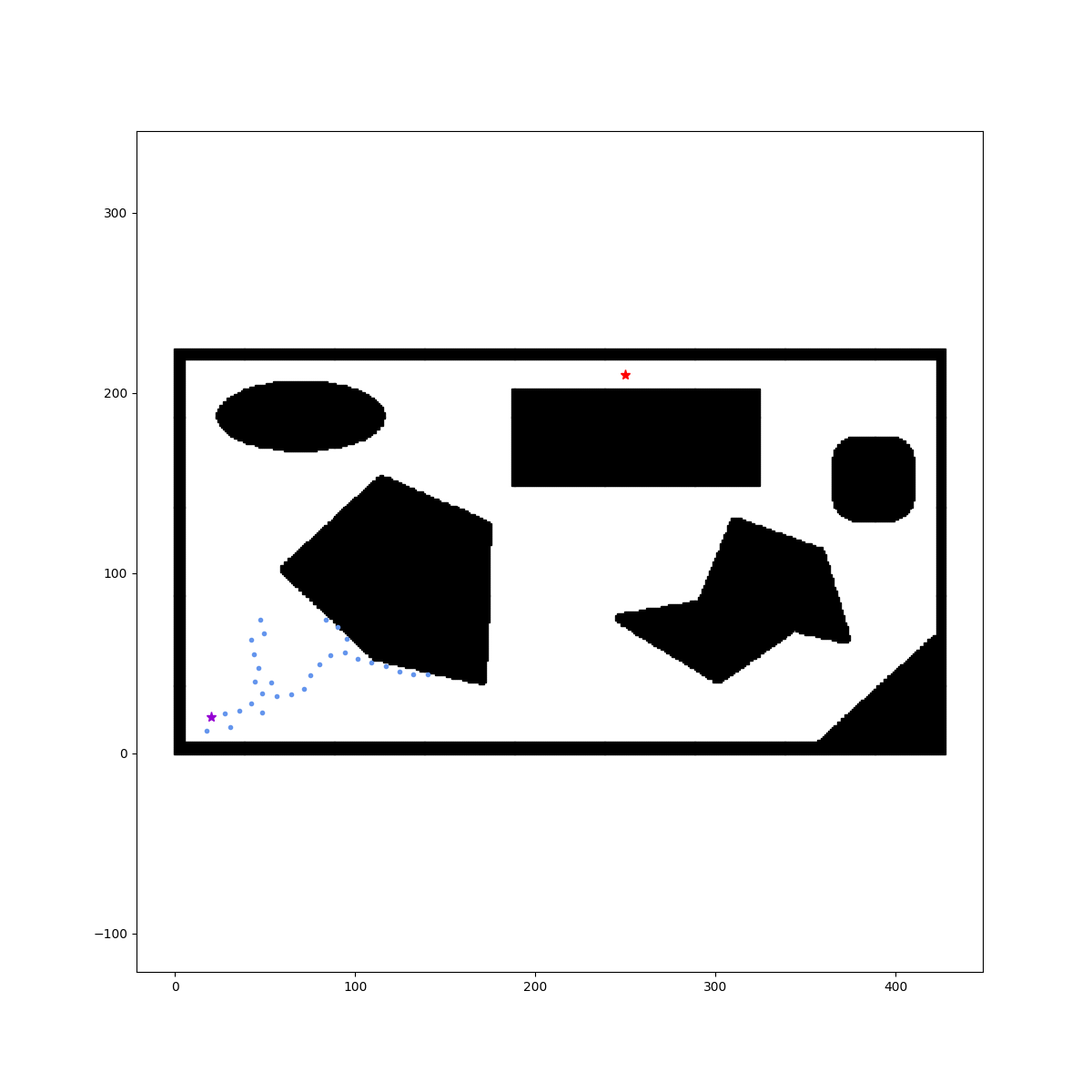
Repository: BaoL067/Pnc-Learning
Script's output: python sampling_based_planner/rrt_star.py
An editor plug-in stored every save of this project. The script's output is shown before and after the next save, followed by the edit.
The pictures are shown at 91% of full size.
Animations are shown at an early frame. Random numbers start from a fixed seed. It also reads sampling_based_planner/maps/map3.png.

Above is the script's output before, as saved 2024-10-06 15:03:46.

After the next save:
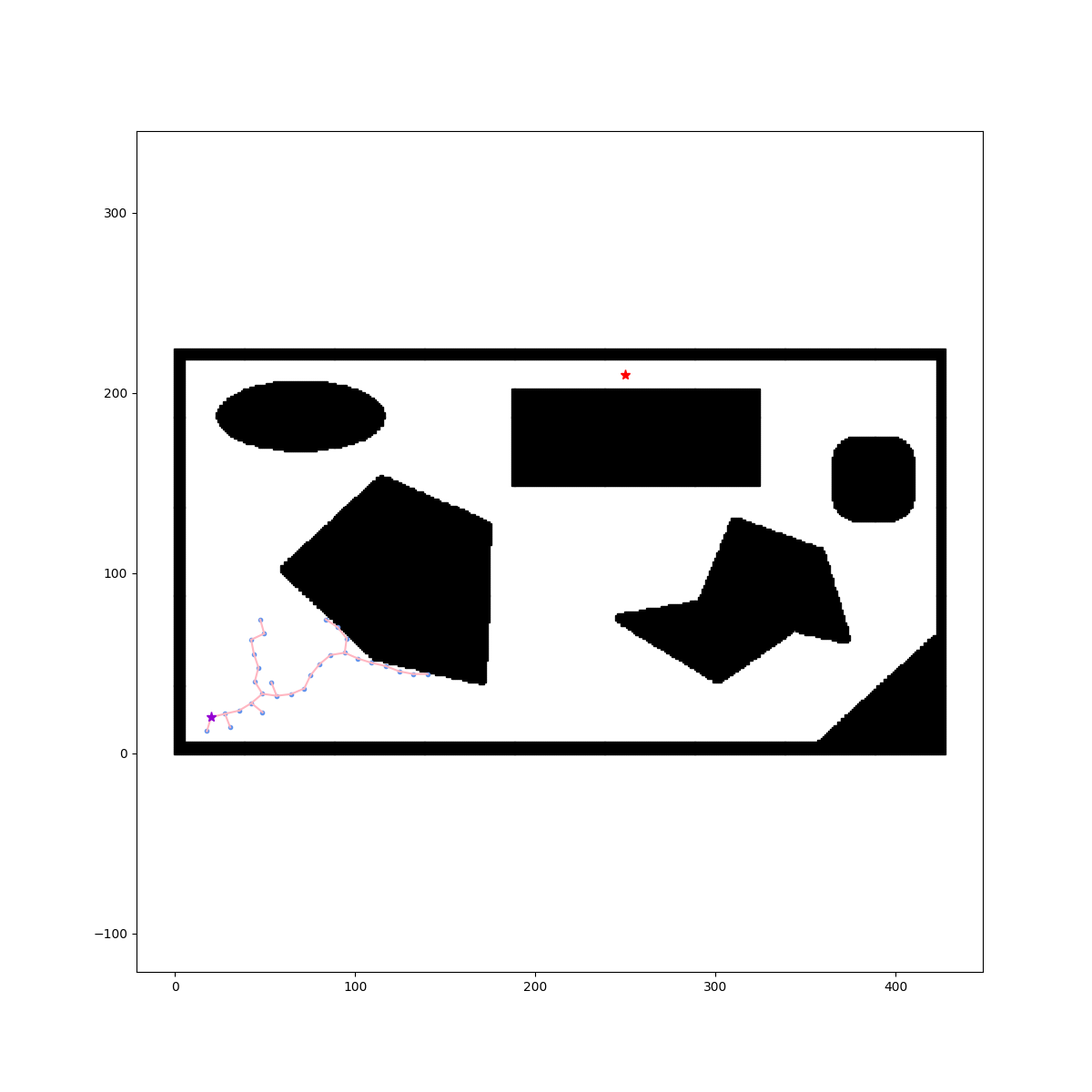
Saved 14 s later.
--- a/sampling_based_planner/rrt_star.py
+++ b/sampling_based_planner/rrt_star.py
@@ -184,6 +184,7 @@ class RRTStar:
 
     def rewire(self, node, new_parent):
         node.parent = new_parent
+        self.generate_path(node)
         node.cost = new_parent.cost + math.hypot(node.x - new_parent.x, node.y - new_parent.y)
 
 
